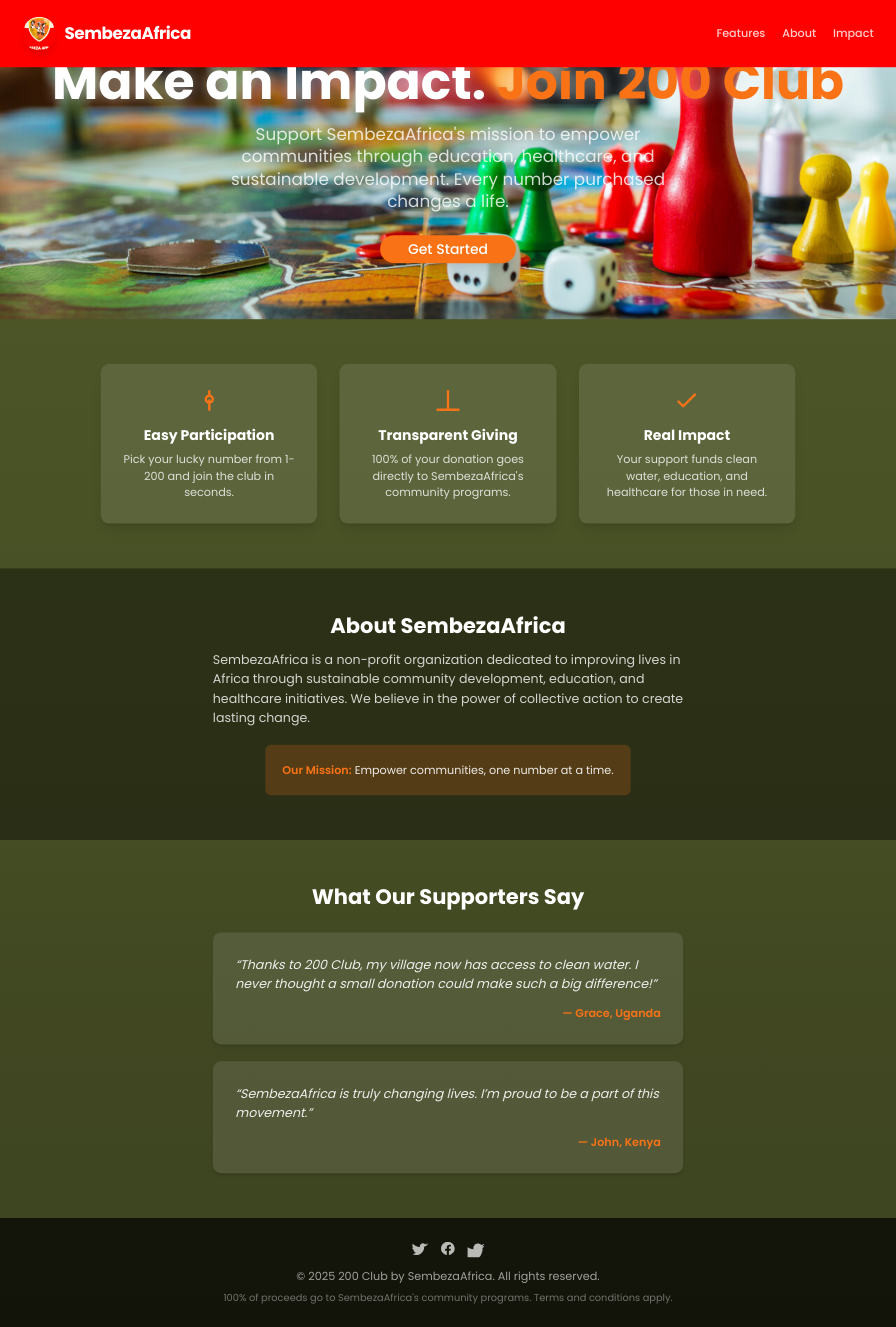
Repository: kaizoku010/200club
Page: /
These files come from the project's save history. The page is drawn as it stood at one moment and after the next save; the edit follows.
The browser window is 1280 px wide. The pictures show the whole page, at 70% of full size.
Backgrounds fixed to the window are drawn as part of the page. The project was rebuilt for these pictures with package versions that can differ from the ones it lists, and the page was loaded fresh each time. Also part of the build but not shown: vite.config.ts, src/components/ui/tooltip.tsx, src/components/Header.tsx, src/services/soundService.ts, src/components/NumberGrid.tsx, src/components/ui/use-toast.ts, src/components/ui/sound-button.tsx, src/components/RandomizeButton.tsx and 13 more.

Above is the page before, as saved 2025-06-10 10:43:34.

After the next save:
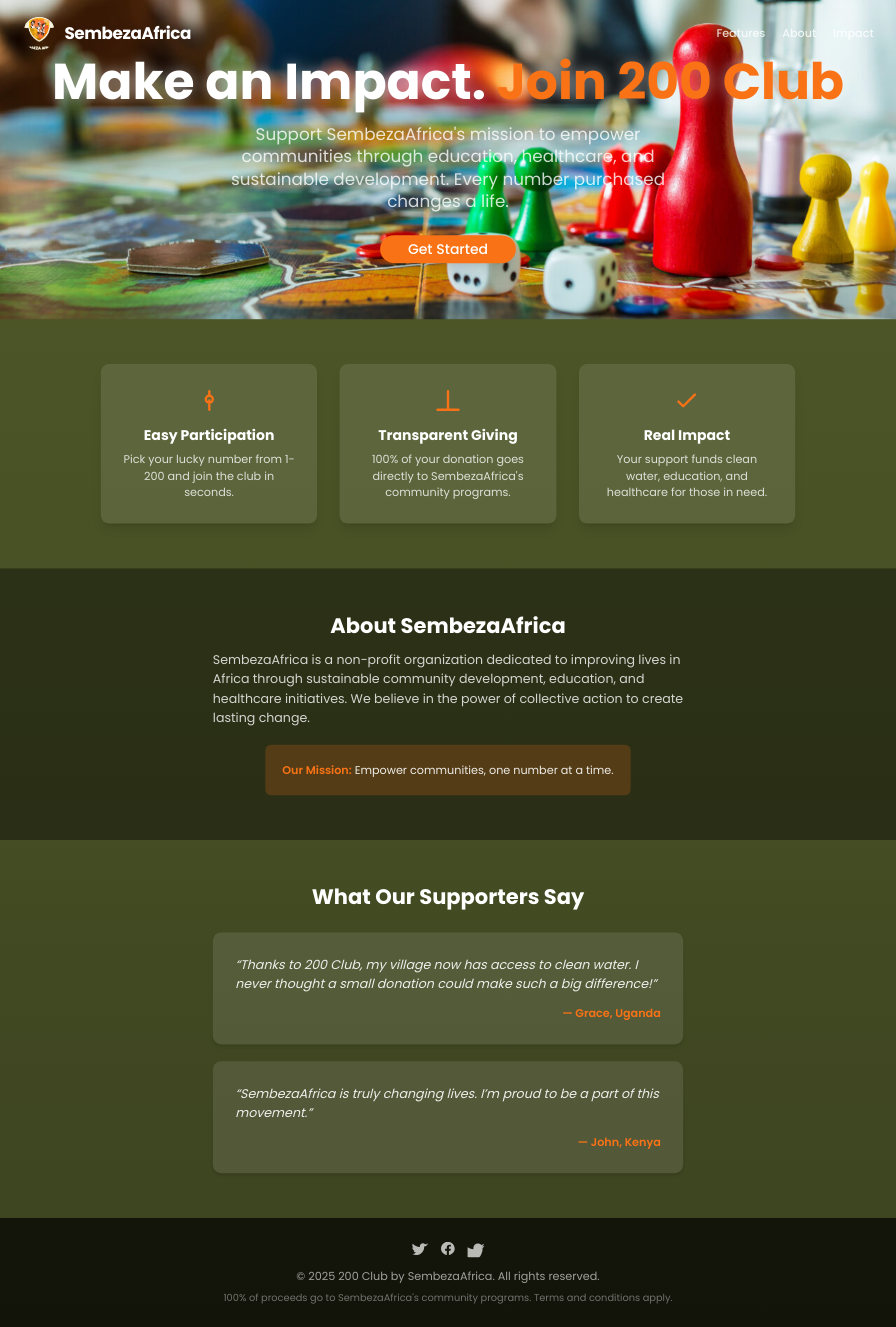
Saved 5 s later.
--- a/src/pages/main.css
+++ b/src/pages/main.css
@@ -9,7 +9,7 @@
 
 #nav{
 z-index: 1111111111;
-    background-color: red;
+    background-color: rgba(255, 0, 0, 0);
     position: fixed;
     width: 100%;
 }
